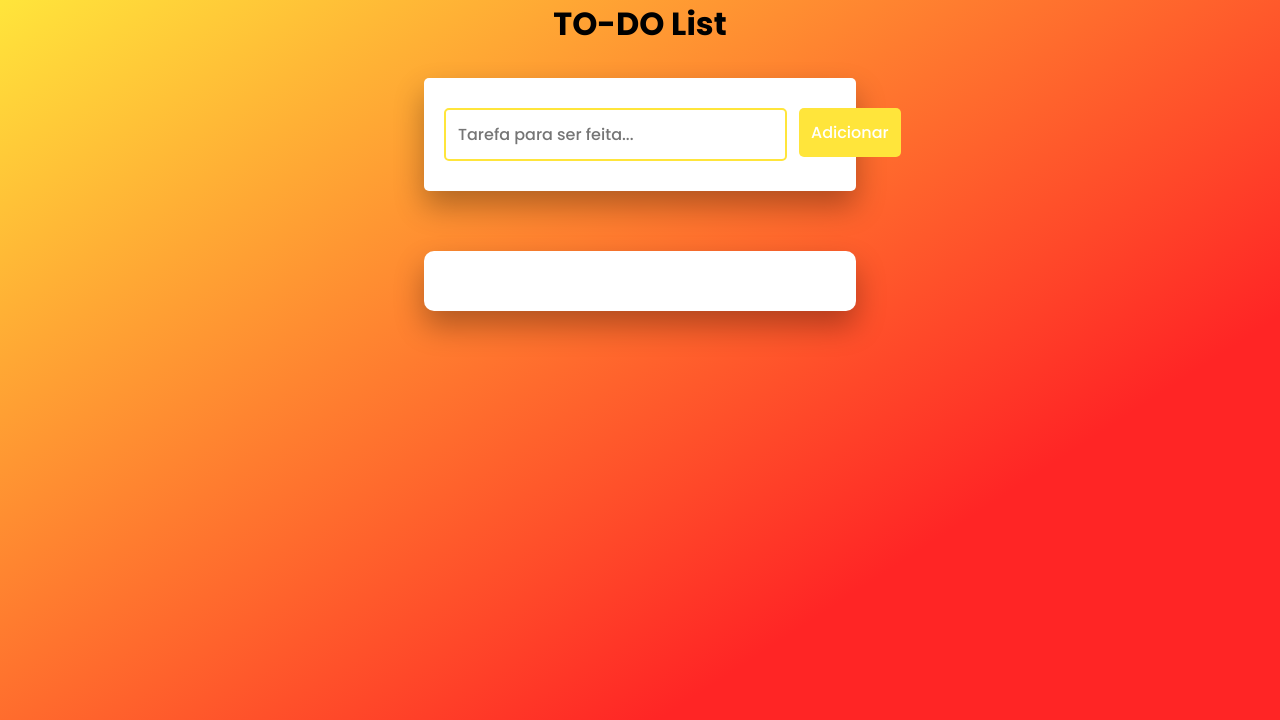
Repository: PetersonAntonyDev/python-flask-
Page: index.html
The author's editor kept a copy of each file at every save. The page is drawn from the files as they stood at one save, then again after the next save.
The browser window is 1280 px wide. The pictures show the whole page.
Some web libraries are served in a nearby version.

Above is the page before, as saved 2022-07-26 14:17:58.

After the next save:
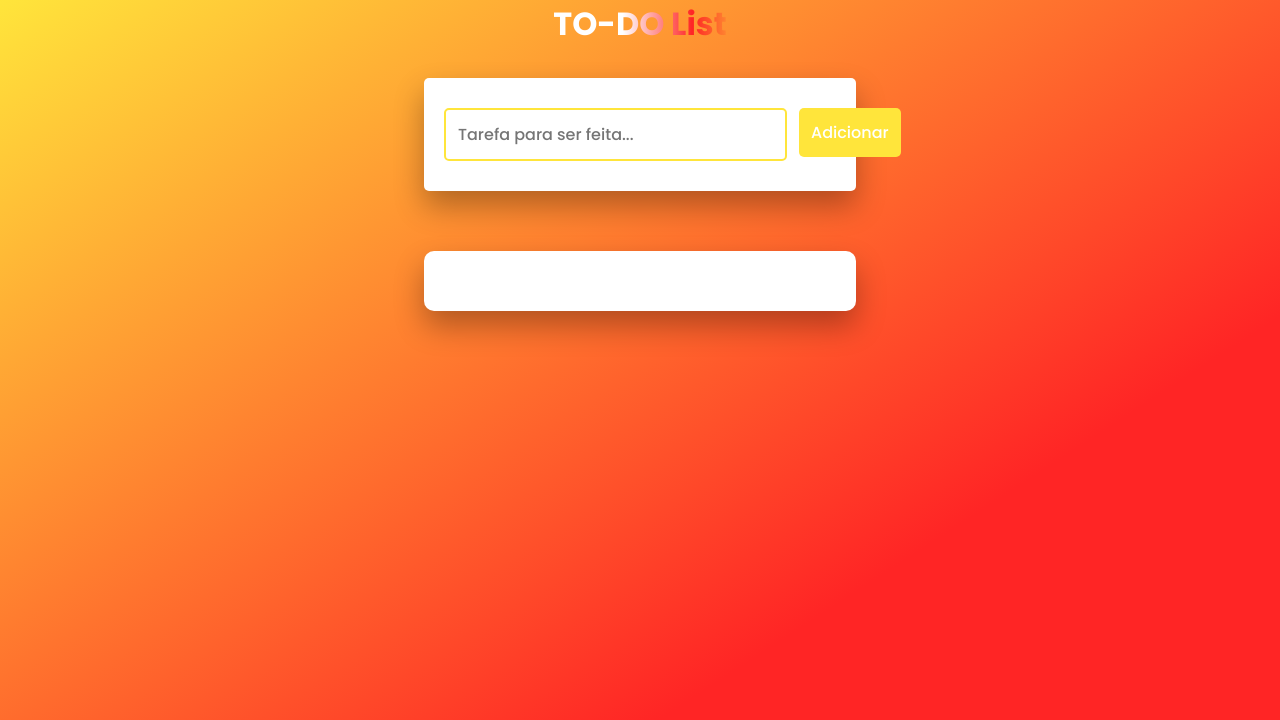
Saved 5 min 33 s later.
--- a/style.css
+++ b/style.css
@@ -12,6 +12,19 @@ body {
     display: flex;
     align-items: center;
     flex-direction: column;
+}
+
+h1 {
+    font-size: 2rem;
+    background: linear-gradient(to right, #fff 20%,
+            #FF2525 40%, #FFE53B 60%, #fff 80%);
+            background-size: 200% auto;
+            color: #000;
+            background-clip: text;
+            text-fill-color: transparent;
+            -webkit-background-clip: text;
+            -webkit-text-fill-color: transparent;
+            animation: animate 2s linear infinite;
 }
 
 .container {
